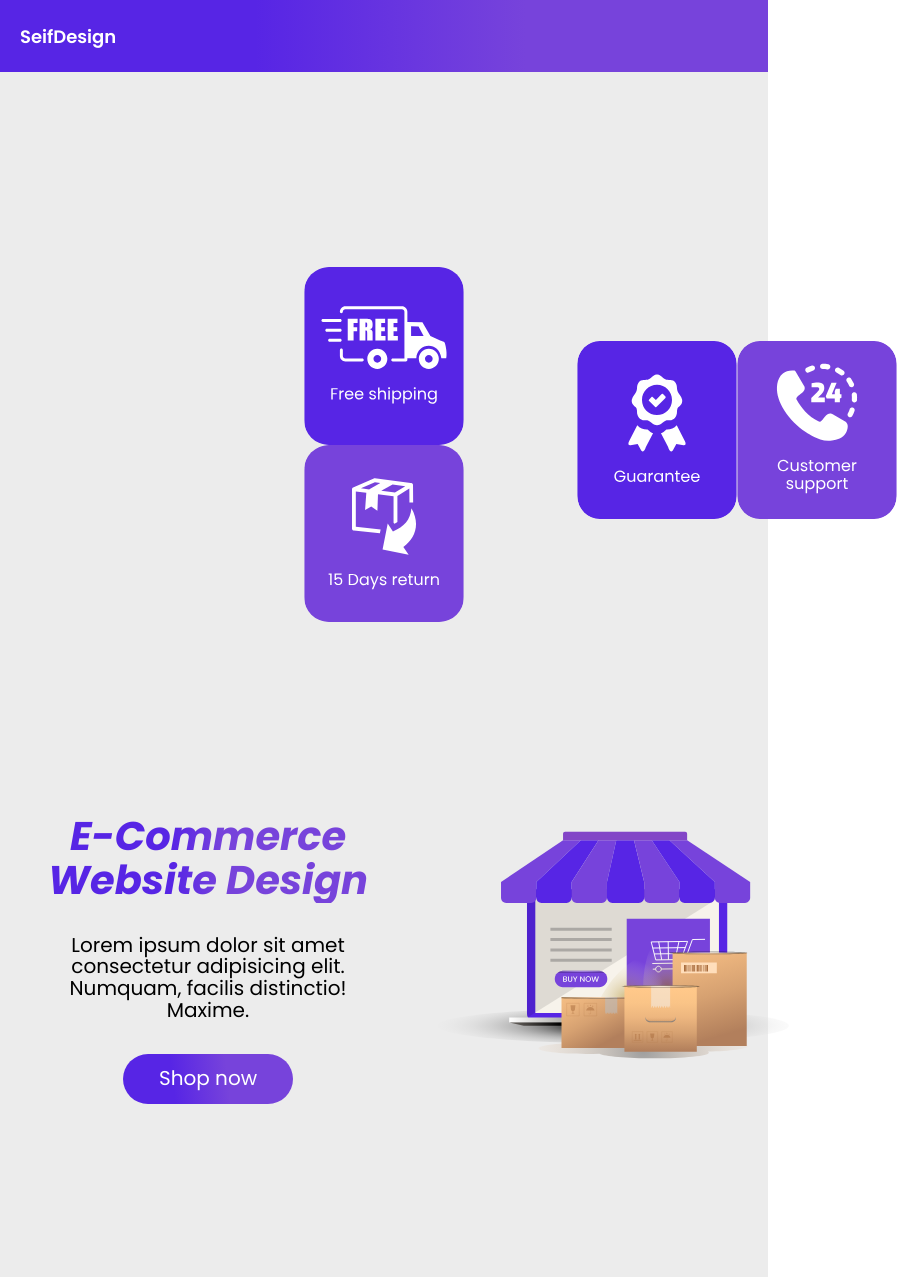
Repository: NatiqSamiyev/commers-desing-JS
Page: index.html
The author's editor kept a copy of each file at every save. The page is drawn from the files as they stood at one save, then again after the next save.
The browser window is 768 px wide. The page is 897 px wide, then 789 px, so the pictures cover 897 px, including what lies to the right of the window. The pictures show the whole page.
Some web fonts or font styles are not loaded; a fallback is used.

Above is the page before, as saved 2023-11-06 11:33:09.

After the next save:
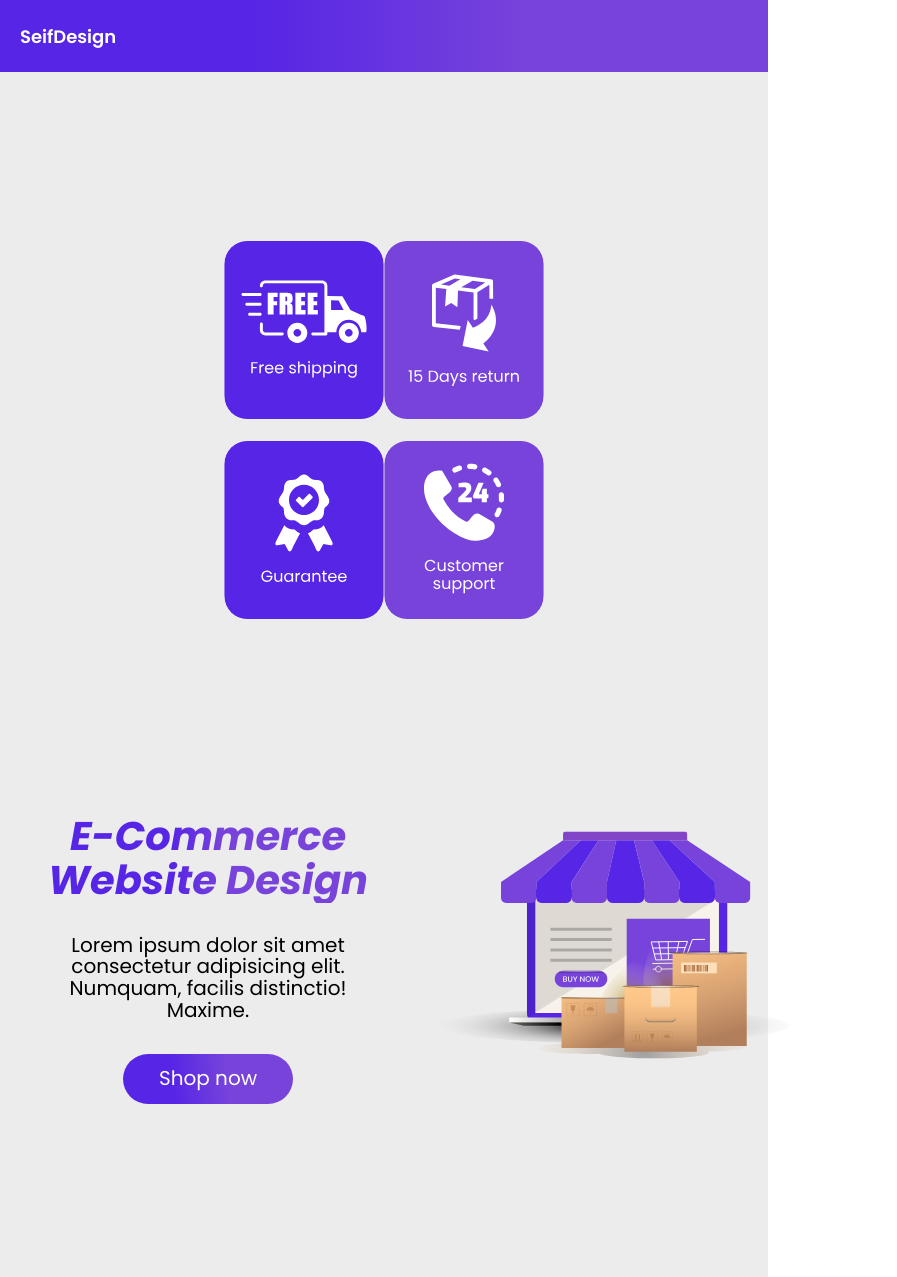
Saved 5 s later.
--- a/index.css
+++ b/index.css
@@ -205,7 +205,7 @@ main .image-container .box-1 {
     height: 256.511px;
   }
 
-  .box-1 {
+ .image-container .box-1 {
     width: 100%;
     padding: 0;
     height: 312px;
